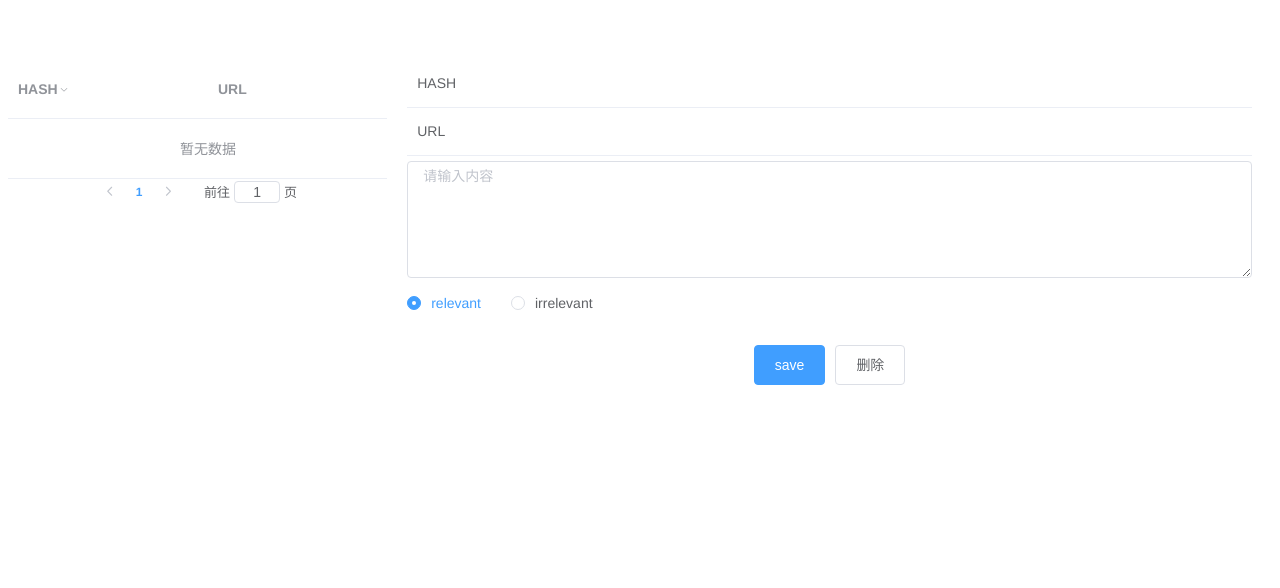
Repository: NicoleGX/TI
Page: /
The author's editor kept a copy of each file at every save. The page is drawn from the files as they stood at one save, then again after the next save.
The browser window is 1280 px wide. The pictures show the whole page.
The page's requests for data from a server got no answer. The project was rebuilt for these pictures with package versions that can differ from the ones it lists, and the page was loaded fresh each time. No one was signed in, and anything a server would have sent is missing.

Above is the page before, as saved 2019-05-30 10:53:10.

After the next save:
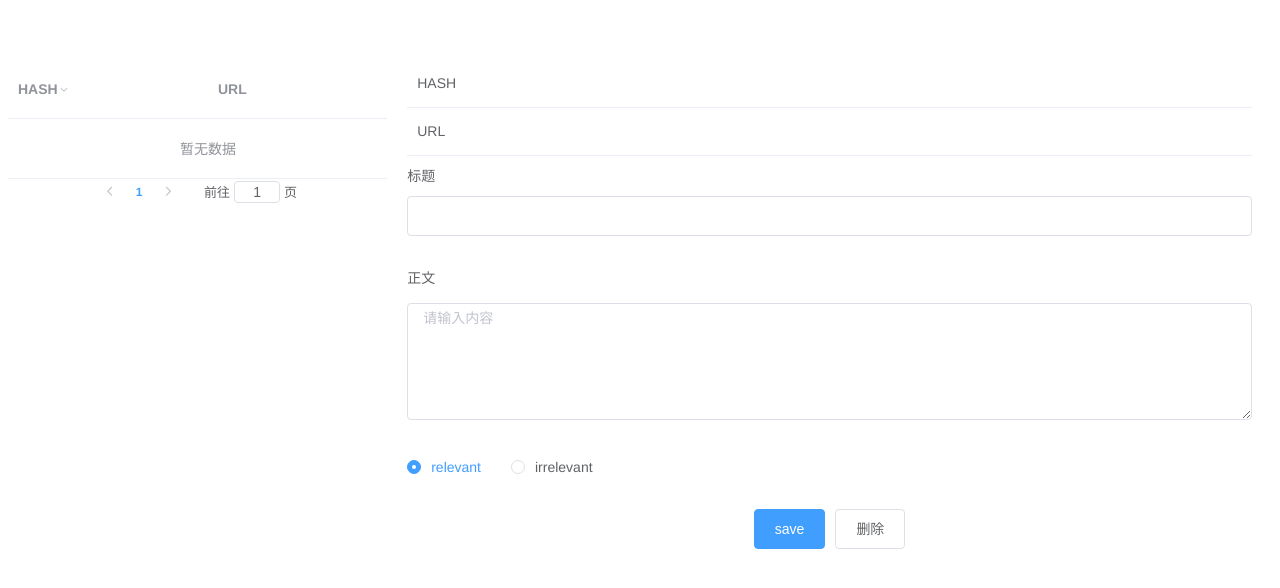
Saved 5 min 1 s later.
--- a/src/views/TextClassification.vue
+++ b/src/views/TextClassification.vue
@@ -52,13 +52,18 @@
           label="value"></el-table-column>
       </el-table>
       <el-form ref="form" :model="form">
-        <el-input
-          type="textarea"
-          :autosize="{ minRows: 5, maxRows: 15}"
-          placeholder="请输入内容"
-          v-model="form.text"
-          style="margin: 5px 0;">
-        </el-input>
+        <el-form-item label="标题">
+          <el-input v-model="form.title"></el-input>
+        </el-form-item>
+        <el-form-item label="正文">
+          <el-input
+            type="textarea"
+            :autosize="{ minRows: 5, maxRows: 15}"
+            placeholder="请输入内容"
+            v-model="form.text"
+            style="margin: 5px 0;">
+          </el-input>
+        </el-form-item>
         <el-form-item style="text-align: left;">
           <el-radio v-model="form.relevant" label="relevant" name="type"></el-radio>
           <el-radio v-model="form.relevant" label="irrelevant" name="type"></el-radio>
@@ -90,6 +95,7 @@ export default {
     onCellClick(row, column, cell, event) {  // 加载右侧待编辑数据
       this.formData[0]['value'] = row['hash']
       this.formData[1]['value'] = row['url']
+      this.form.title = row['title']
       this.form.text = row['text']
       this.form.relevant = row['relevant']
       this.form.hash = row['hash']
@@ -166,6 +172,7 @@ export default {
       }],
       form: {
         hash: '',
+        title: '',
         text: '',
         relevant: 'relevant'
       },
